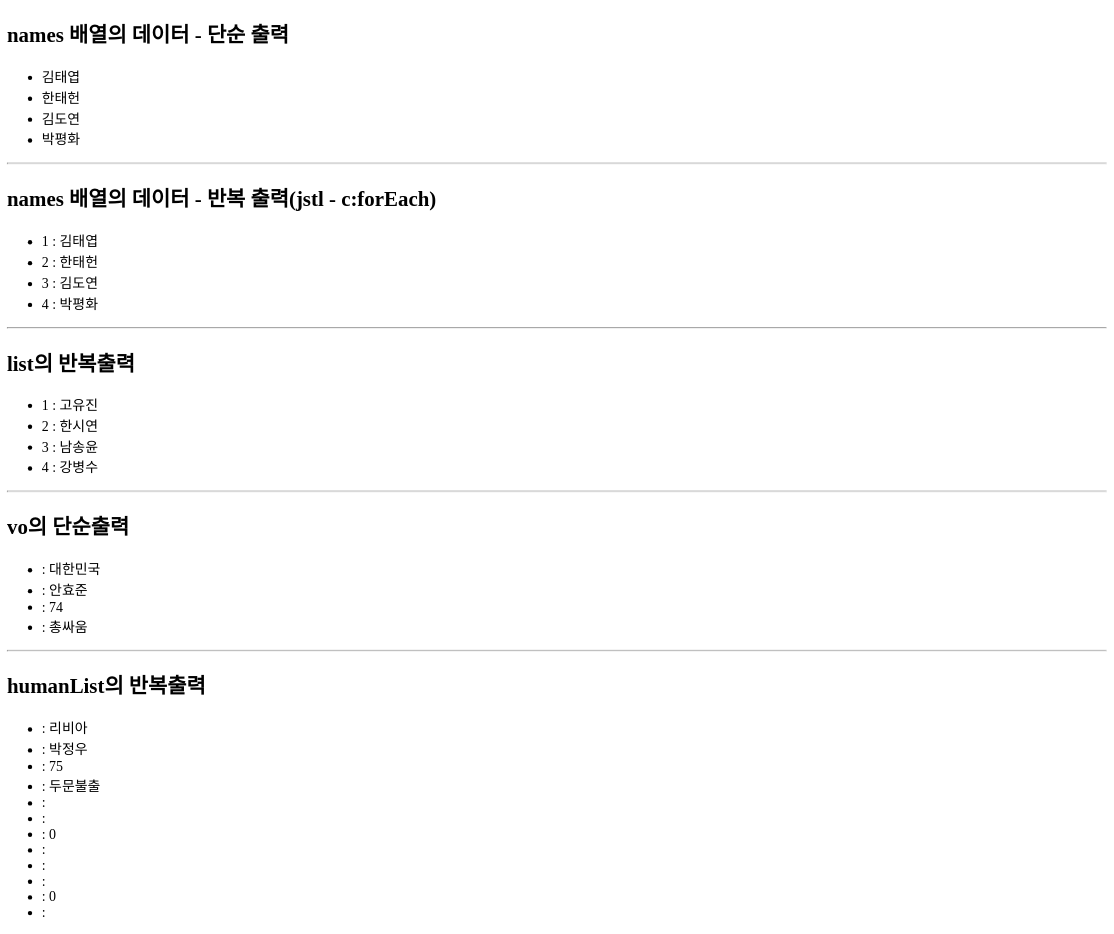
Repository: okgunyang/jsp
Page: http://localhost/practice02/GetJavaDataCtrl.do
The author's editor kept a copy of each file at every save. The page is drawn from the files as they stood at one save, then again after the next save.
The browser window is 1280 px wide. The pictures show the whole page, at 87% of full size.
The page is served by Tomcat 9.

Above is the page before, as saved 2022-11-10 06:21:10.

After the next save:
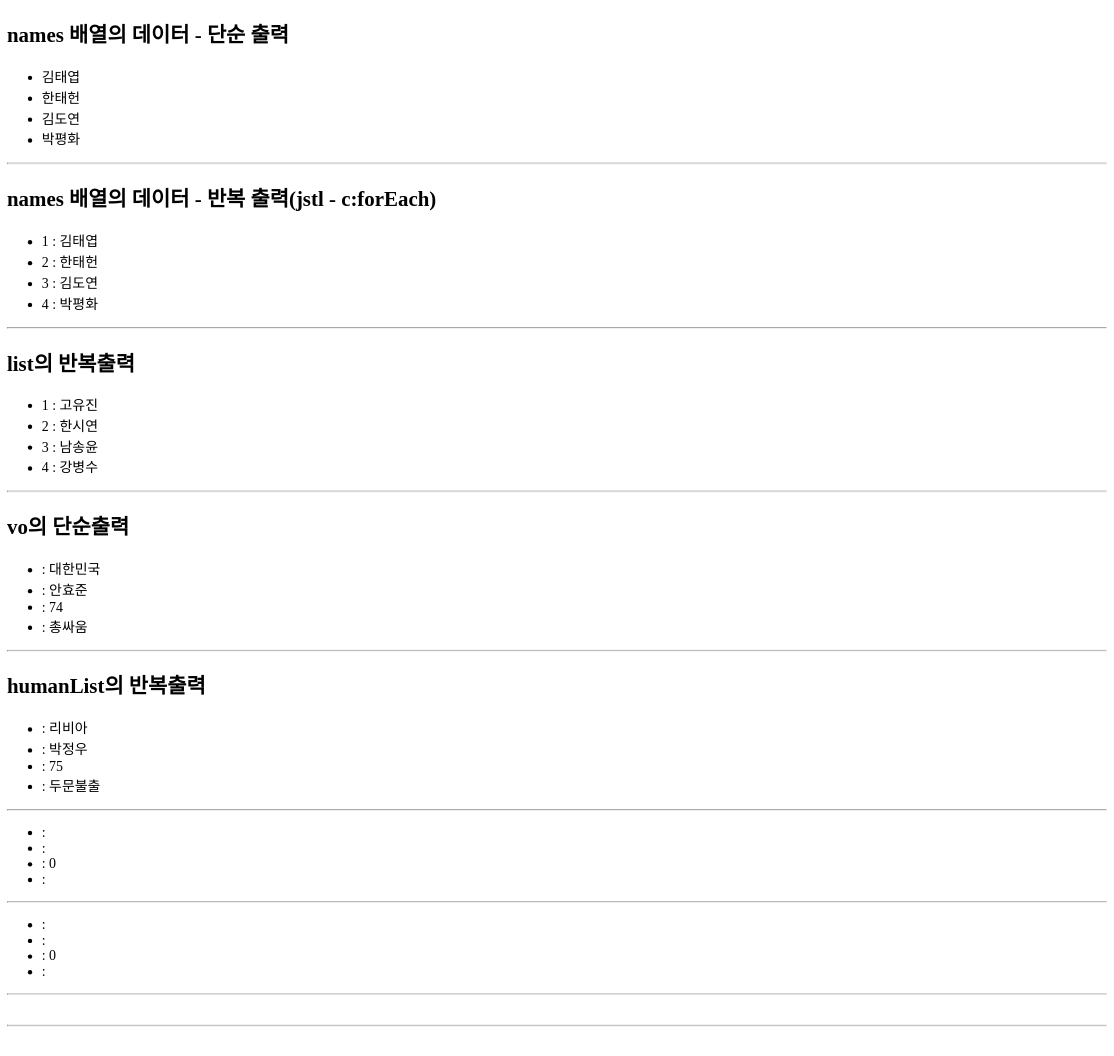
Saved 33 s later.
--- a/practice02/WebContent/06getJavaData.jsp
+++ b/practice02/WebContent/06getJavaData.jsp
@@ -44,13 +44,16 @@
 </ul>
 <hr>
 <h2>humanList의  반복출력</h2>
+<c:forEach items="${hList }" var="vo" varStatus="status">
 <ul>
-	<c:forEach items="${hList }" var="vo" varStatus="status">
 	<li> : ${vo.country }</li>
 	<li> : ${vo.name }</li>
 	<li> : ${vo.age }</li>
 	<li> : ${vo.hobby }</li>
-	</c:forEach>
 </ul>
+<hr>
+</c:forEach>
+<br><hr><br>
+
 </body>
 </html>
